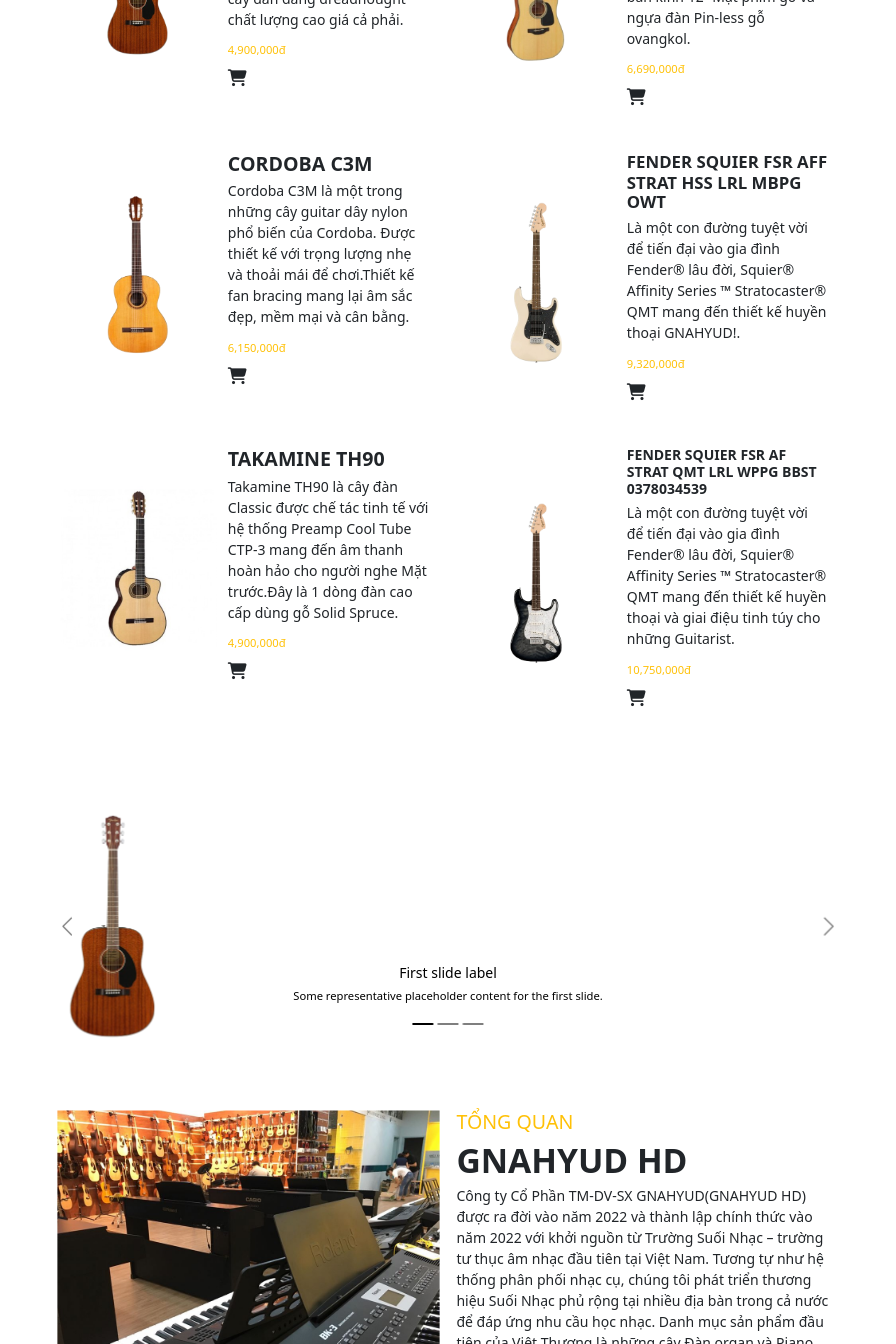
Repository: HoangDuy315/guitar
Page: index.html
These files come from the project's save history. The page is drawn as it stood at one moment and after the next save; the edit follows.
The browser window is 1280 px wide. The pictures show the part of the page from y = 1029 to 2949 px (the page is 4869 px tall before and 4834 px after), at 70% of full size.
Some web libraries are served in a nearby version.

Above is the page before, as saved 2022-09-16 15:31:38.

After the next save:
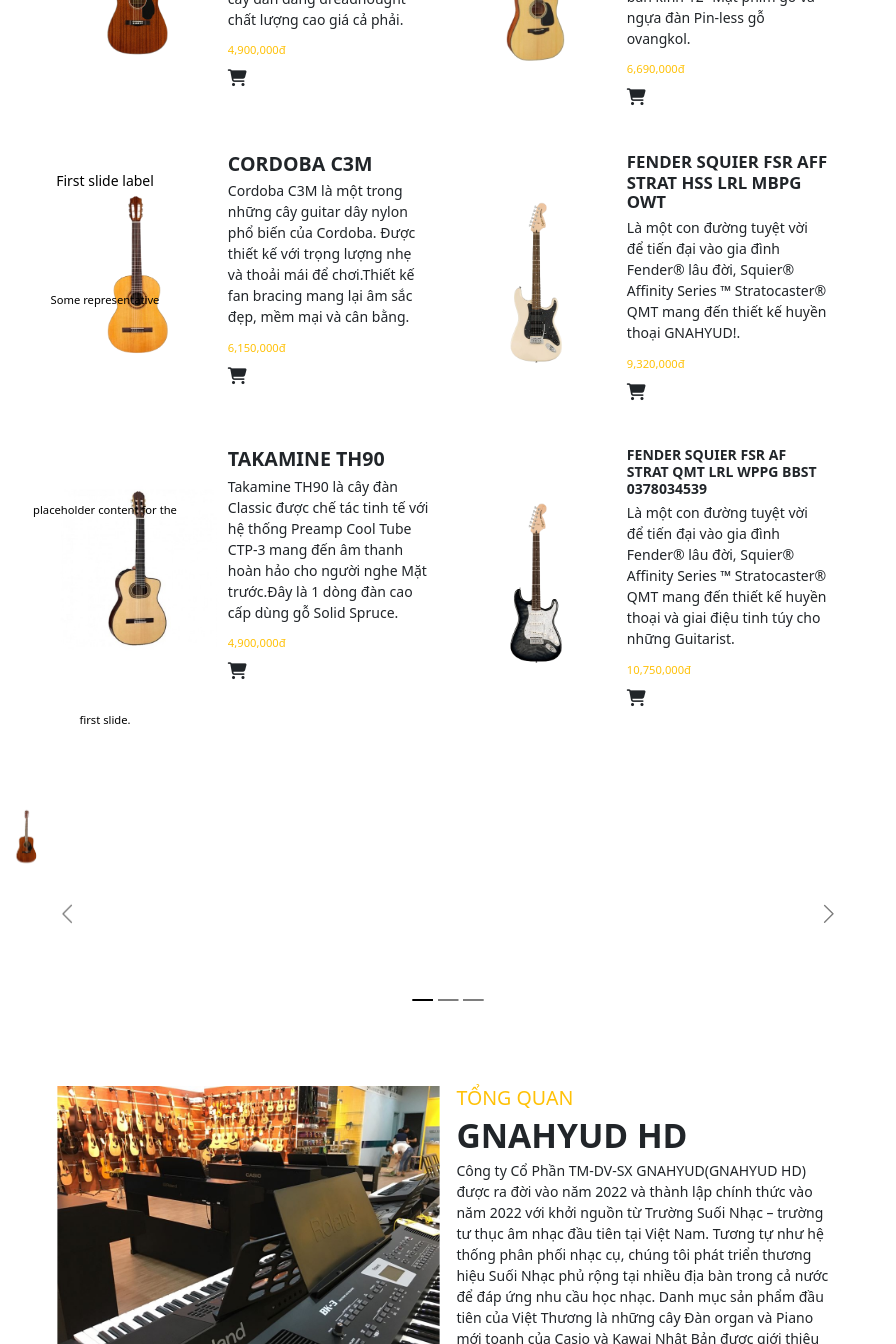
Saved 13 s later.
--- a/index.html
+++ b/index.html
@@ -203,7 +203,7 @@
         <button type="button" data-bs-target="#carouselExampleDark" data-bs-slide-to="1" aria-label="Slide 2"></button>
         <button type="button" data-bs-target="#carouselExampleDark" data-bs-slide-to="2" aria-label="Slide 3"></button>
       </div>
-      <div class="carousel-inner">
+      <div class="cent">
         <div class="carousel-item active" data-bs-interval="10000">
           <img src="./assets/ac1.png" class="d-block w-25 h-25" alt="...">
           <div class="carousel-caption d-none d-md-block">
